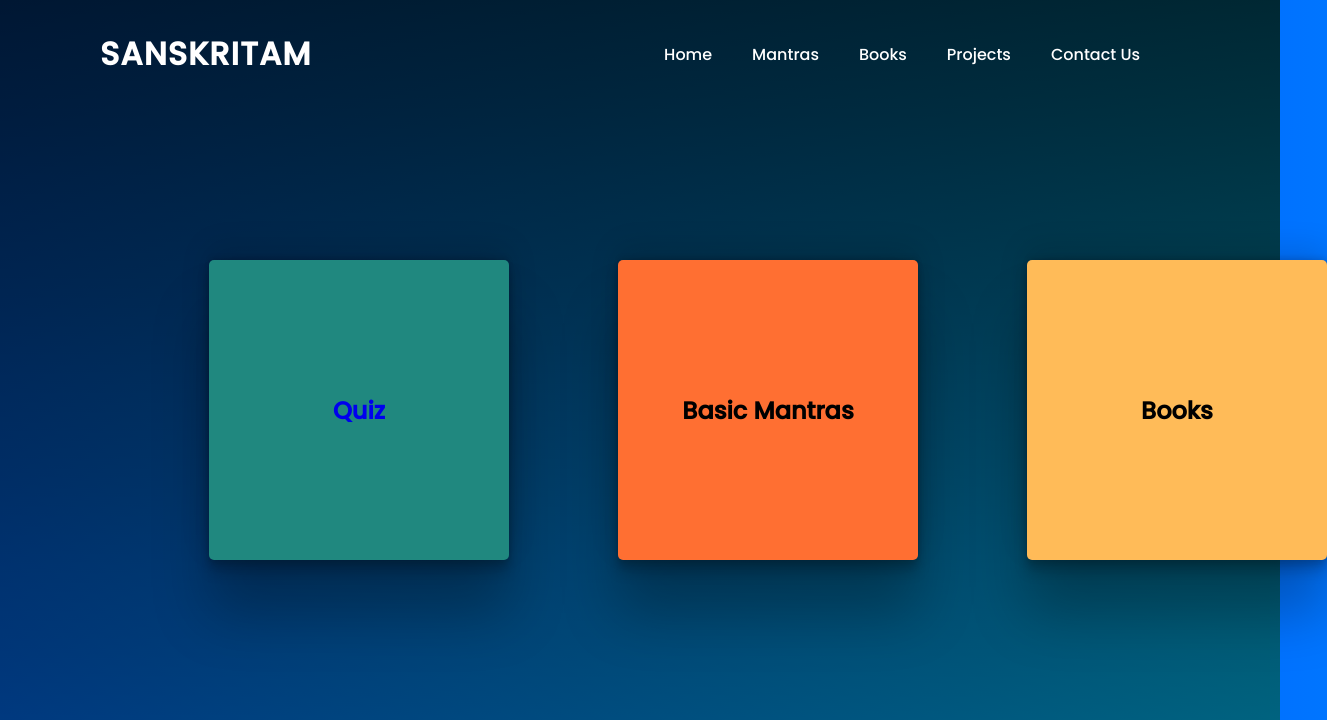
Repository: ritikalohia/Sanskritam
Page: index.html
These files come from the project's save history. The page is drawn as it stood at one moment and after a run of saves; the edit follows.
The browser window is 1280 px wide. The page is 1327 px wide, so the pictures cover 1327 px, including what lies to the right of the window. The pictures show the whole page.

Above is the page before, as saved 2021-01-04 15:35:22.

After the next 6 saves:
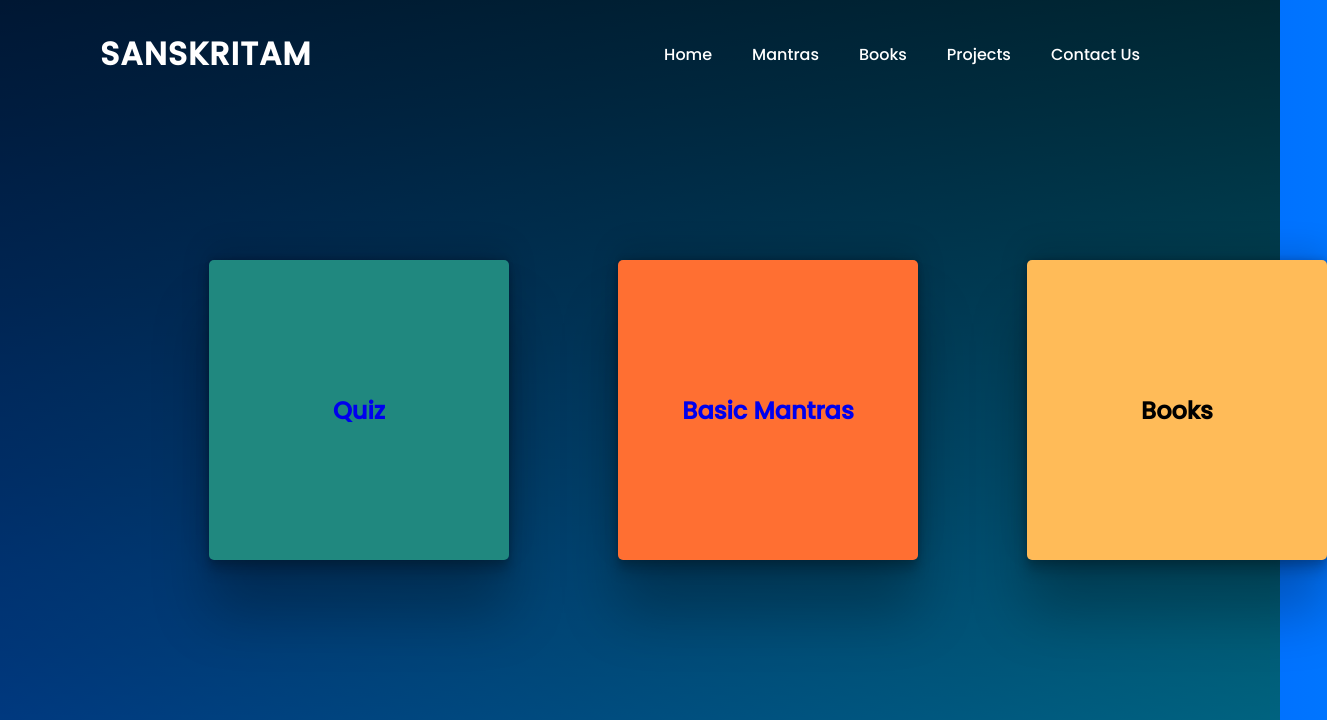
The 6 saves are shown as one change because they came seconds apart.
The last was saved 30 s later.
--- a/index.html
+++ b/index.html
@@ -28,7 +28,7 @@
                 <h1><a href="producthorn-sanskrit/quiz.html">Quiz</a></h1>
             </div>
             <div class="cards C3" data-hover="Mantra">
-                <h1>Basic Mantras</h1>
+                <h1><a href="producthorn-sanskrit/quiz.html">Basic Mantras</a></h1>
             </div>
             <div class="cards C4" data-hover="पुस्तक">
                 <h1>Books</h1>
